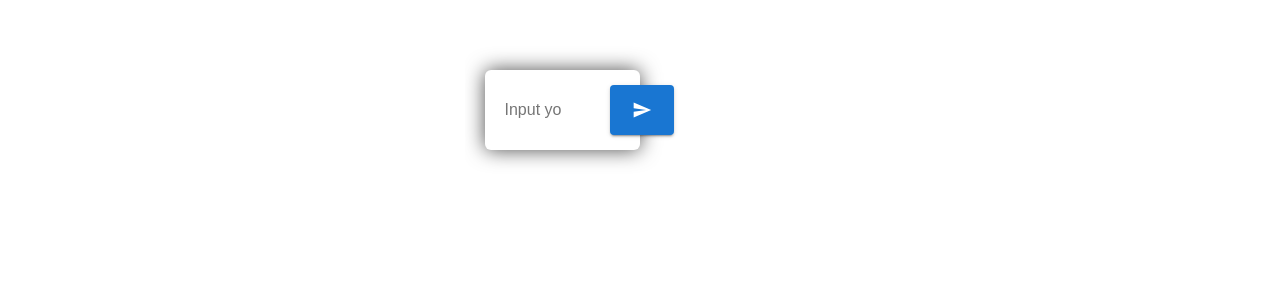
Repository: thienv29/todolist
Page: /
The author's editor kept a copy of each file at every save. The page is drawn from the files as they stood at one save, then again after the next save.
The browser window is 1280 px wide. The pictures show the whole page.
The project was rebuilt for these pictures with package versions that can differ from the ones it lists, and the page was loaded fresh each time. Also part of the build but not shown: src/components/TodoEditing.js, src/components/Todo.js.

Above is the page before, as saved 2021-10-22 17:24:48.

### public/index.html
<!DOCTYPE html>
<html lang="en">
    <head>
        <meta charset="utf-8" />
        <link rel="icon" href="%PUBLIC_URL%/favicon.ico" />
        <meta name="viewport" content="width=device-width, initial-scale=1" />
        <meta name="theme-color" content="#000000" />
        <meta name="description" content="Web site created using create-react-app" />
        <link rel="apple-touch-icon" href="%PUBLIC_URL%/logo192.png" />
        <!--
      manifest.json provides metadata used when your web app is installed on a
      user's mobile device or desktop. See https://developers.google.com/web/fundamentals/web-app-manifest/
    -->
        <link rel="manifest" href="%PUBLIC_URL%/manifest.json" />
        <!--
      Notice the use of %PUBLIC_URL% in the tags above.
      It will be replaced with the URL of the `public` folder during the build.
      Only files inside the `public` folder can be referenced from the HTML.

      Unlike "/favicon.ico" or "favicon.ico", "%PUBLIC_URL%/favicon.ico" will
      work correctly both with client-side routing and a non-root public URL.
      Learn how to configure a non-root public URL by running `npm run build`.
    -->
        <link
            rel="stylesheet"
            href="https://fonts.googleapis.com/css?family=Roboto:300,400,500,700&display=swap"
        />
        <title>React App</title>
    </head>
    <body>
        <noscript>You need to enable JavaScript to run this app.</noscript>
        <div id="root"></div>
        <!--
      This HTML file is a template.
      If you open it directly in the browser, you will see an empty page.

      You can add webfonts, meta tags, or analytics to this file.
      The build step will place the bundled scripts into the <body> tag.

      To begin the development, run `npm start` or `yarn start`.
      To create a production bundle, use `npm run build` or `yarn build`.
    --></body>
</html>

### src/index.js
import React from "react";
import ReactDOM from "react-dom";
import App from "./App";
import "./style.scss";
import store from "./redux/store";
import { Provider } from "react-redux";

ReactDOM.render(
    <Provider store={store}>
        <React.StrictMode>
            <App />
        </React.StrictMode>
    </Provider>,
    document.getElementById("root")
);

### src/App.js
import React from "react";
import TodoList from "./components/TodoList.js";
import Input from "./components/Input.js";
import {Toaster} from 'react-hot-toast'
import Grid from "@mui/material/Grid";
export default function App() {
    return (
        <Grid container className="main">
            <Input />
            <TodoList />
                <Toaster position="top-center" reverseOrder={false} />
        </Grid>
    );
}

### src/style.scss
*{
    margin: 0;
    padding: 0;
    box-sizing: border-box;
    font-family: Arial, Helvetica, sans-serif;
}
body{
    width: 100%;
    height: 100vh;
    display: flex;
    justify-content: center;
}
.main{
    width: 800px;
    height: 100%;
    padding-top: 20%;
    padding-left: 20px;
    padding-right: 20px;
    overflow: hidden;
}
.todolist{
    transition: .5s ease-in ;
}
.inputTodo{
    width: 100%;
    background-color: white;
    height: 80px;
    position: relative;
    display: flex;
    justify-content: center;
    align-items: center;
    padding: 0px 20px;
    border-radius: 6px;
    box-shadow: 0px 0px 20px rgba($color: #000000, $alpha: 0.7);
    margin-bottom: 30px;
    .inputdiv{

        height: 100%;
    }
    .input{
        width: 100%;
        height: 100%;
        border: none;
        outline: none;
        font-size: medium;

    }
    .inputTime{
        position: absolute;
    }
    .MuiButton-root.MuiButton-contained.MuiButton-containedPrimary.MuiButton-sizeMedium.MuiButton-containedSizeMedium.MuiButtonBase-root.css-sghohy-MuiButtonBase-root-MuiButton-root{
        height: 50px;
    }
    .MuiButton-endIcon.MuiButton-iconSizeMedium.css-9tj150-MuiButton-endIcon{
        padding: 0;
        margin: 0;
    }
    .MuiGrid-root.MuiGrid-item.MuiGrid-grid-xs-2.css-a0vo9r-MuiGrid-root
    {
        text-align: right;
    }
}
.todo{
    width: 100%;
    height: 60px;
    background-color: white;
    margin: 10px 0px;
    display: flex;
    align-items: center;
    justify-content: space-between;
    padding: 0px 20px;
    box-shadow: 0px 0px 20px rgba($color: #000000, $alpha: 0.7);
    border-radius: 6px;
    .tododivleft{
        align-items: center;
        display: flex;
    }
}

.todo {
    transform: translateX(200%);
    animation:
        openspace .3s ease forwards,
        restored-item-animation .5s .3s cubic-bezier(.14,.25,.52,1.56) forwards;
}

@keyframes openspace {
    to {
        height: 60px;
    }
}

@keyframes restored-item-animation {
    0% {
        opacity: 0;
         transform: translateX(100%);
    }

    70% {
        opacity: 1;
        transform: translateX(-50px);
    }

    100% {
        opacity: 1;
        transform: translateX(0);
    }
}
.todo.removed-item {
    animation: removed-item-animation .6s cubic-bezier(.65,-0.02,.72,.29);
}

@keyframes removed-item-animation {
   0% {
        opacity: 1;
        transform: translateX(0);
    }

    30% {
        opacity: 1;
        transform: translateX(50px);
    }

    80% {
        opacity: 1;
        transform: translateX(-800px);
    }

    100% {
        opacity: 0;
        transform: translateX(-800px);
    }
}
.tododivright{
    display: flex;
    align-items: center;
}

### src/redux/store.js
import { createStore } from "redux";
import reducers from "./reducers";
const store = createStore(reducers)
export default store;

### src/components/TodoList.js
import React, {  useEffect } from "react";
import Todo from "./Todo.js";
import {  useSelector } from "react-redux";
import _ from "underscore";
import { saveList } from "../redux/actions/index.js";
import { useDispatch } from "react-redux";
export default function TodoList() {
    const ListTodo = useSelector((state) => state.listTodo, _.isEqual);
    const dispatch = useDispatch()
    useEffect(() => {
        console.log(ListTodo);
        dispatch(saveList())
    }, [ListTodo]);
    return (
        <div className='todolist'>
            {ListTodo.map((TodoChild) => {
                return (
                    <Todo key={TodoChild.id} Todo={TodoChild}  />
                );
            })}
        </div>
    );
}

### src/components/Input.js
import React from "react";
import DateTimePicker from "@mui/lab/DateTimePicker";
import TextField from "@mui/material/TextField";
import AdapterDateFns from "@mui/lab/AdapterDateFns";
import LocalizationProvider from "@mui/lab/LocalizationProvider";
import Grid from "@mui/material/Grid";
import Button from "@mui/material/Button";
import SendIcon from "@mui/icons-material/Send";
import { useDispatch } from "react-redux";
import { addElement } from "../redux/actions";

export default function Input() {
    const [valueNote, setValueNote] = React.useState({
        time: '',
        note: "",
    });
    const dispatch = useDispatch();

    const handleAddNote = () => {
        if (valueNote.note === "") {
        } else {
            dispatch(addElement(valueNote));
            setValueNote({
                ...valueNote,
                note: "",
            });
        }
    };

    return (
        <Grid className="inputTodo" lg={6}>
            <Grid item className='inputdiv' xs={6}>
                <input
                    type="text"
                    value={valueNote.note}
                    onChange={(e) => {
                        setValueNote({ ...valueNote, note: e.target.value });
                    }}
                    className="input"
                    placeholder="Input your subject"
                />
            </Grid>
            <Grid item xs={5}>
                <LocalizationProvider dateAdapter={AdapterDateFns}>
                    <DateTimePicker
                        className="inputTime"
                        label="Deadline"
                        value={valueNote.time}
                        onChange={(time) => {
                            setValueNote({ ...valueNote, time: time });
                        }}

                        renderInput={(params) => <TextField {...params} />}
                    />
                </LocalizationProvider>
            </Grid>
            <Grid item xs={1}>
                <Button
                    onClick={handleAddNote}
                    variant="contained"
                    endIcon={<SendIcon />}
                ></Button>
            </Grid>
        </Grid>
    );
}

### src/redux/reducers/index.js
import { combineReducers } from "redux";
import TodoListReducer from "./todolistReducer.js";
const reducers = combineReducers({
    listTodo: TodoListReducer,
});
export default reducers;

### src/redux/actions/index.js

export const setComplete = function (id,bool) {
    return {
        type: "SET_COMPLETE",
        data: {
            id,
            bool
        }
    };
};
export const deleteElement = function (id) {
    return {
        type: "DELETE_ELEMENT",
        data: id,
    };
};
export const addElement = function (element) {
    return {
        type: "ADD_ELEMENT",
        data: element,
    };
};
export const editElement = function (element) {
    return {
        type: "EDIT_ELEMENT",
        data: element,
    };
};
export const saveList = function () {
    return {
        type: "SAVE",
    };
};

export const reset = () => ({
    type: "RESET",
});

### src/redux/reducers/todolistReducer.js
import uuid from "react-uuid";
import toast from 'react-hot-toast';
export const initialState = JSON.parse(localStorage.getItem("listTodo") || "[]");
const TodoListReducer = (state = initialState, action) => {
    const tmp = [...state];
    switch (action.type) {
        case "SET_COMPLETE":
            tmp.forEach((e) => {
                if (e.id === action.data.id) {
                    e.isComplete = action.data.bool;
                }
            });
            return tmp;
        case "DELETE_ELEMENT":
            const removeIndex = tmp.findIndex((item) => item.id === action.data);
            tmp.splice(removeIndex, 1);
            return tmp;
        case "ADD_ELEMENT":
            const date2 = new Date();
            const date1 = new Date(action.data.time);
            const Difference_In_Time = date1.getTime() - date2.getTime();
            const Difference_In_Days = Math.floor(
                Difference_In_Time / (1000 * 3600 * 24)
            );
            if (Difference_In_Days>=0) {
                tmp.push({
                    Subject: action.data.note,
                    time: action.data.time,
                    id: uuid(),
                    isComplete: false,
                    remainingDays:Difference_In_Days
                });
            }else{
                toast.error('Ngày không hợp lệ')
            }

            tmp.sort((a,b) => {
              return a.remainingDays - b.remainingDays
            })

            return tmp;
        case "EDIT_ELEMENT":
            tmp.forEach((e) => {
                if (e.id === action.data.id) {
                    e.Subject = action.data.Subject;
                }
            });
            return tmp;
        case "SAVE":
            localStorage.setItem('listTodo',JSON.stringify(tmp))
            return tmp;
        case "RESET":
            return [];

        default:
            return state;
    }
};

export default TodoListReducer;

After the next save:
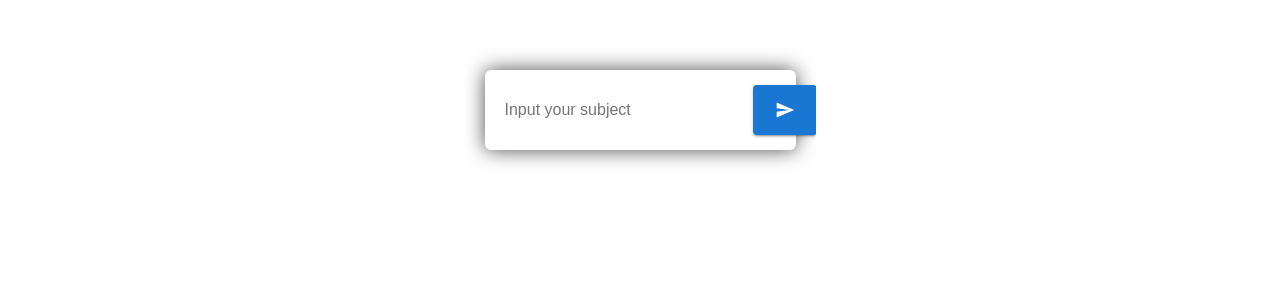
Saved 4 s later.
--- a/src/components/Input.js
+++ b/src/components/Input.js
@@ -28,7 +28,7 @@ export default function Input() {
     };
 
     return (
-        <Grid className="inputTodo" lg={6}>
+        <Grid className="inputTodo"xs>
             <Grid item className='inputdiv' xs={6}>
                 <input
                     type="text"
